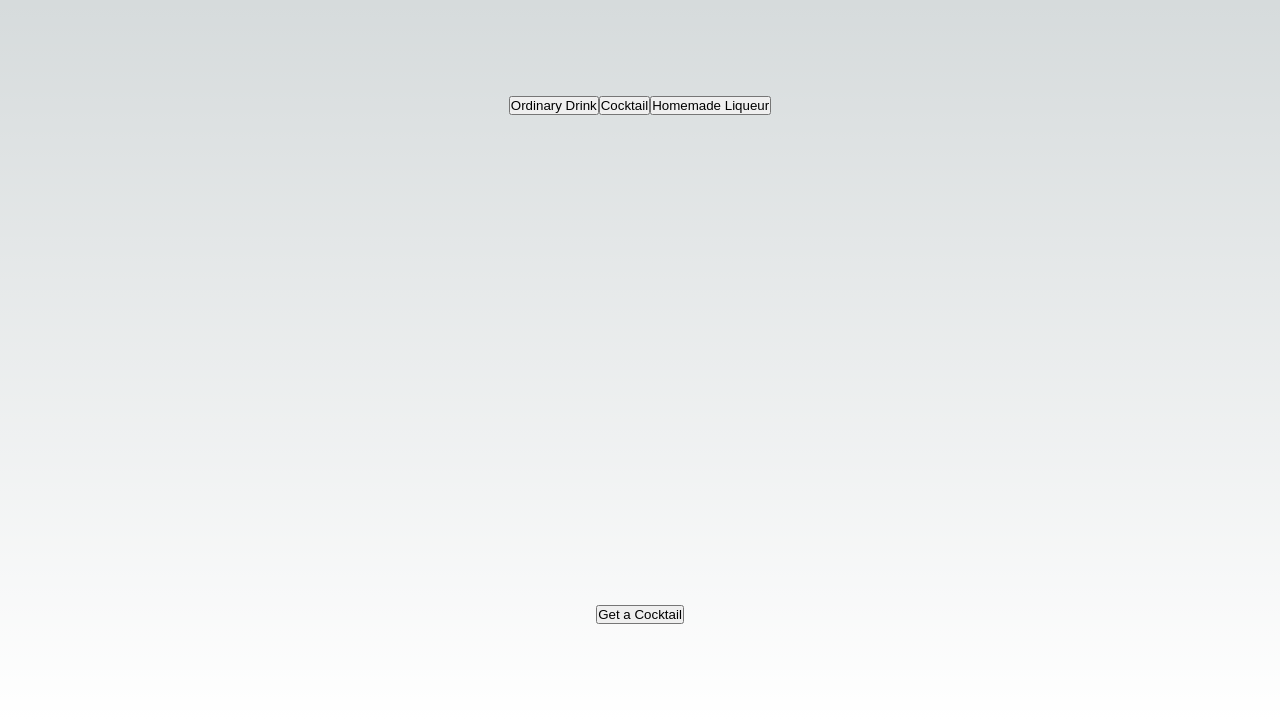
Repository: anagarango/DrinkUp
Page: /
An editor plug-in stored every save of this project. The page is shown before and after the next save, followed by the edit.
The browser window is 1280 px wide. The pictures show the whole page.
The project was rebuilt for these pictures with package versions that can differ from the ones it lists, and the page was loaded fresh each time. The framework's server and built-in components were replaced by stand-ins that run in the browser. Also part of the build but not shown: next.config.js.

Above is the page before, as saved 2023-01-17 18:05:20.

After the next save:
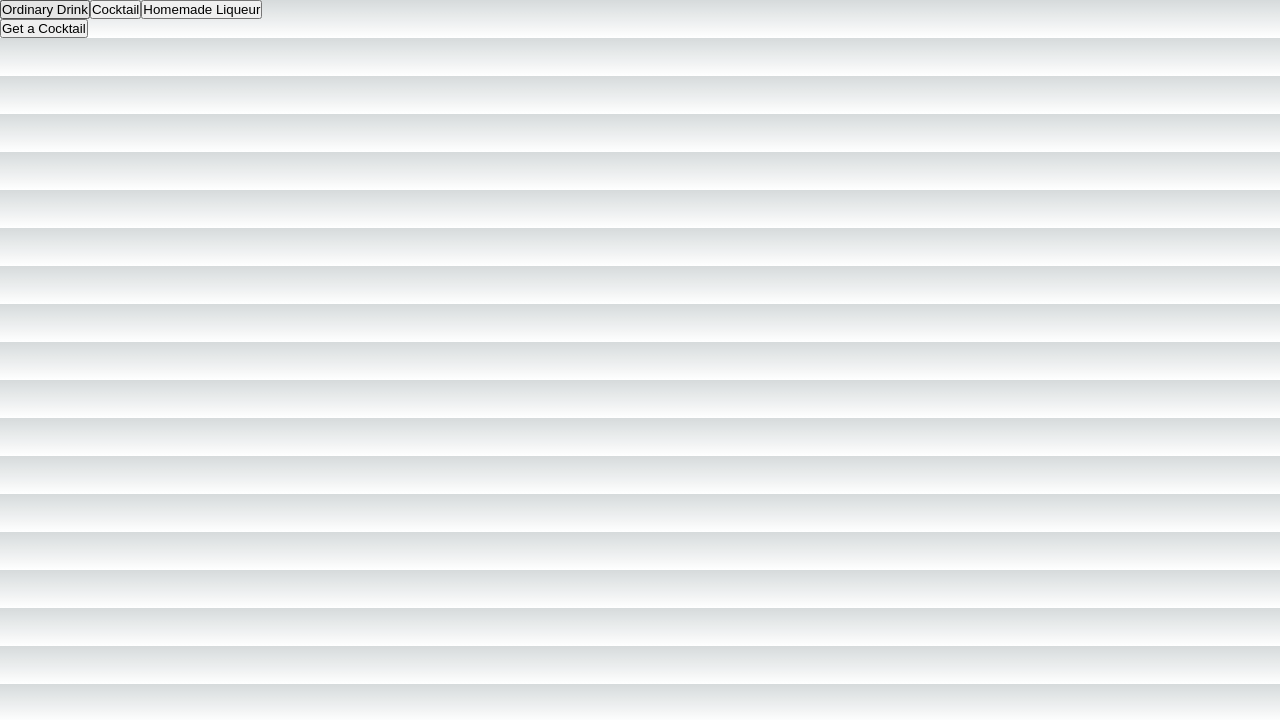
Saved 3 h 53 min later.
--- a/pages/index.js
+++ b/pages/index.js
@@ -58,7 +58,7 @@ export default function Home() {
         <meta name="viewport" content="width=device-width, initial-scale=1" />
         <link rel="icon" href="/favicon.ico" />
       </Head>
-      <main className={styles.main}>
+      <main>
         <div>
           <button>Ordinary Drink</button>
           <button>Cocktail</button>
